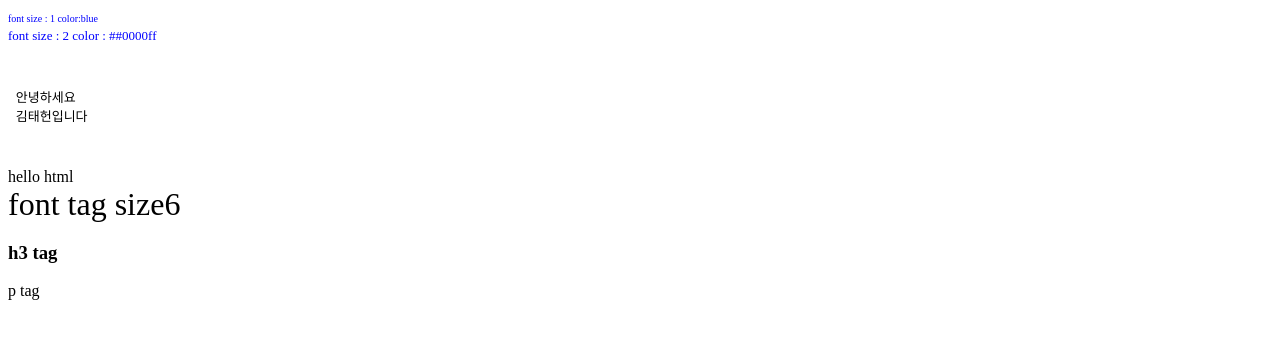
Repository: xsa1113/posco_ict
Page: html/TestSample/WebContent/index3.html
These files come from the project's save history. The page is drawn as it stood at one moment and after the next save; the edit follows.
The browser window is 1280 px wide. The pictures show the whole page.

Above is the page before, as saved 2022-05-04 07:41:14.

### html/TestSample/WebContent/index3.html
<!DOCTYPE html>
<html>
<head>
<meta charset="UTF-8">
<title>Insert title here</title>
</head>
<body>

<!--
font, div
 -->

 <font size="1" color="blue">font size : 1 color:blue</font>
 <br>
 <font size="2" color="#0000ff">font size : 2 color : ##0000ff</font>

 <pre>
 <font size="6" color="red"></font>
 안녕하세요
 김태헌입니다
 <!--
 div : 태그자체만으로 의미가 없다
 범위설정 및 한꺼번에 묶음

  -->
 </pre>

 <div>hello html</div>
 <font size="6"> font tag size6</font>
<h3>h3 tag</h3>
<p>p tag</p>
</body>
</html>

After the next save:
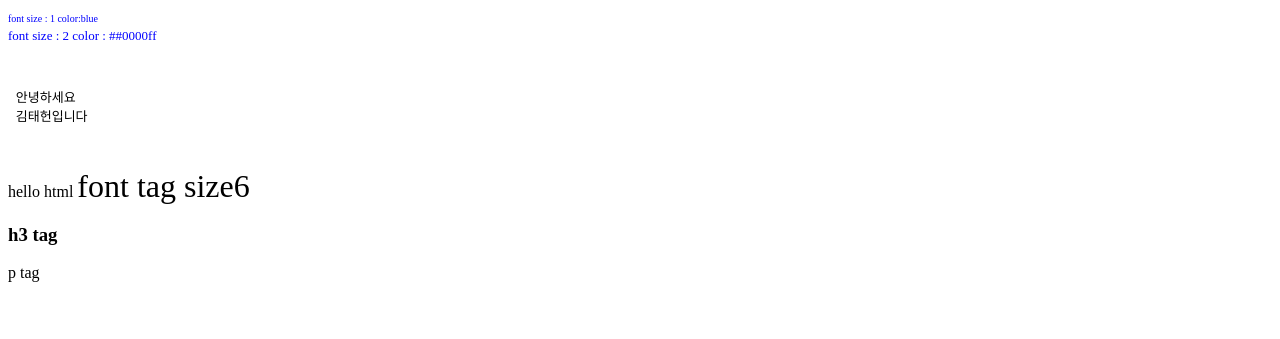
Saved 23 s later.
--- a/html/TestSample/WebContent/index3.html
+++ b/html/TestSample/WebContent/index3.html
@@ -25,9 +25,12 @@ font, div
   -->
  </pre>
 
- <div>hello html</div>
+ <div>hello html
  <font size="6"> font tag size6</font>
 <h3>h3 tag</h3>
 <p>p tag</p>
+
+ </div>
+
 </body>
 </html>
